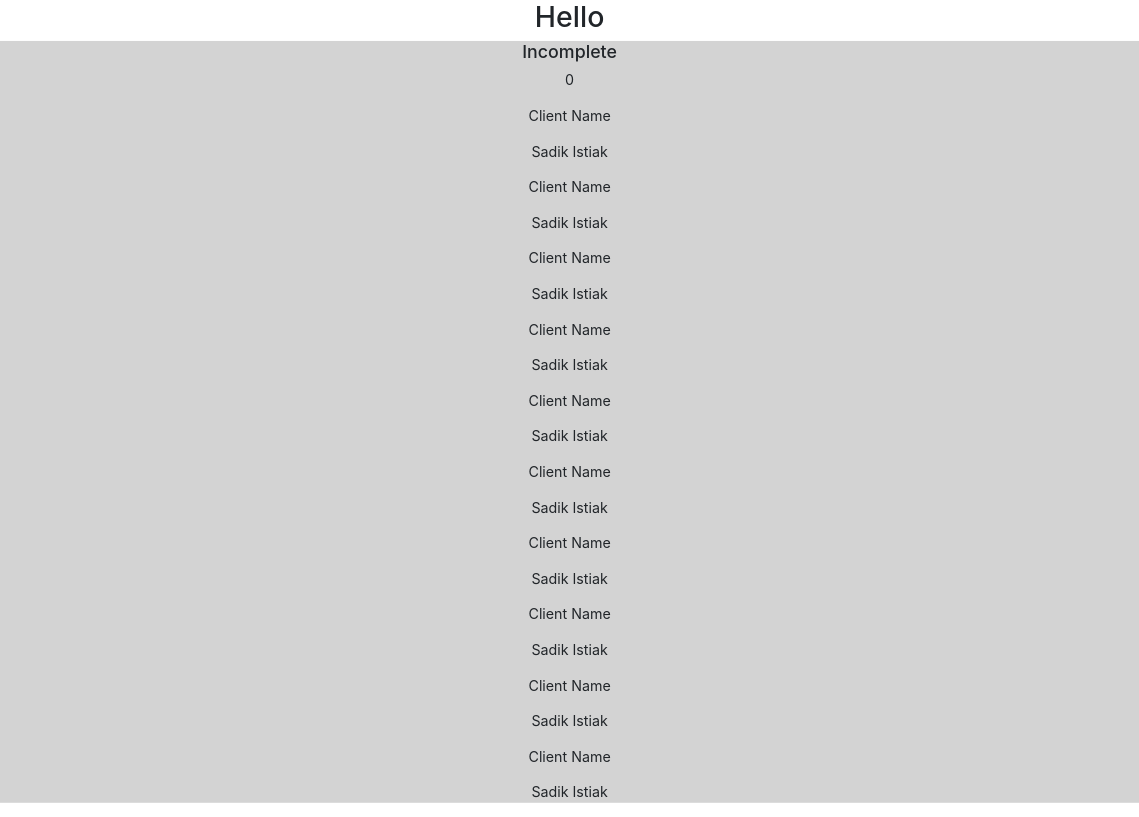
Repository: Sharif-00112/dashboard-task-frontend
Page: /
The author's editor kept a copy of each file at every save. The page is drawn from the files as they stood at one save, then again after the next save.
The browser window is 1280 px wide. The pictures show the whole page, at 89% of full size.
The project was rebuilt for these pictures with package versions that can differ from the ones it lists, and the page was loaded fresh each time.

Above is the page before, as saved 2023-01-27 23:33:43.

After the next save:
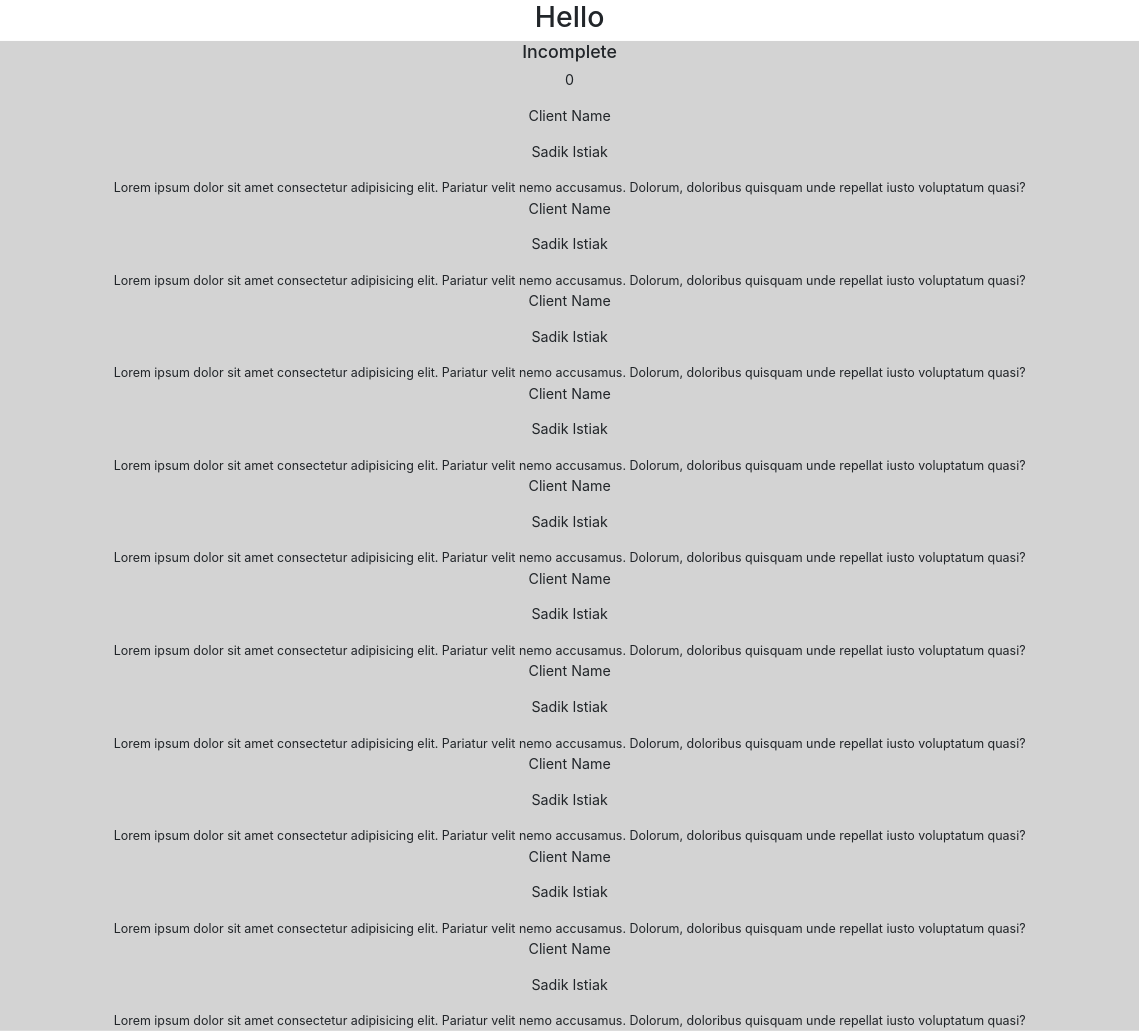
Saved 107 s later.
--- a/src/Components/Task.js
+++ b/src/Components/Task.js
@@ -9,7 +9,7 @@ const Task = (props) => {
                 <p>{supervisorName}</p>
             </div>
             <div className="">
-
+                <small>{taskSummary}</small>
             </div>
             <div className="">
 
